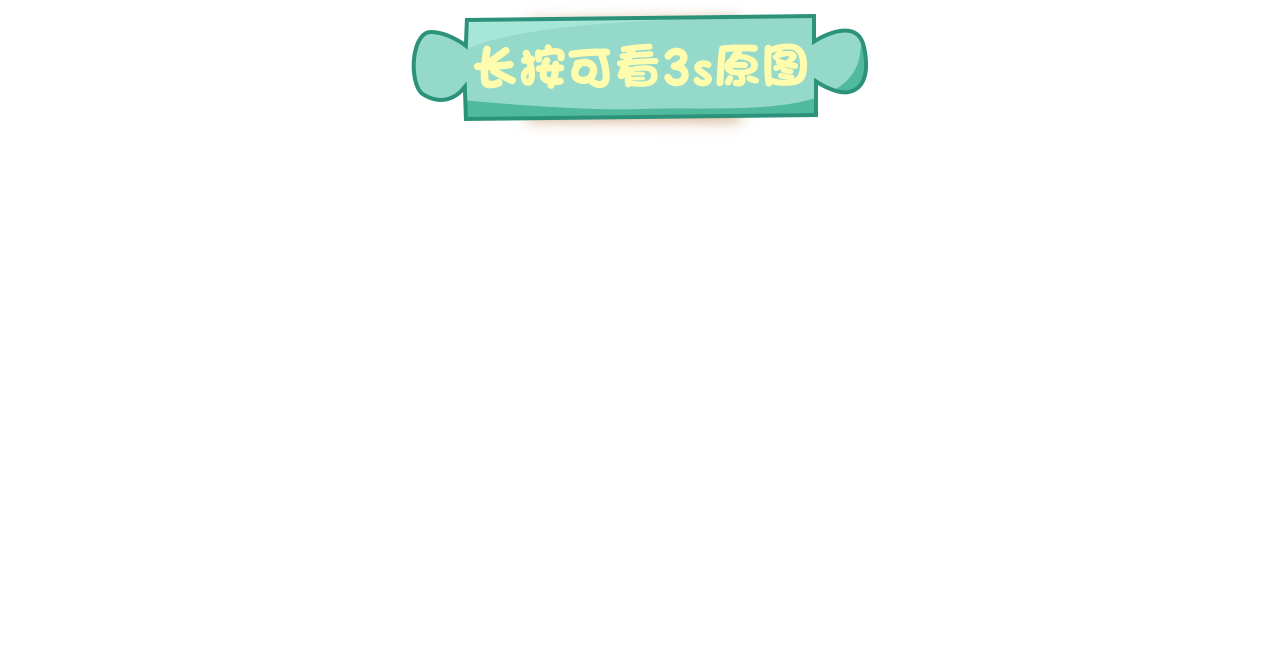
Repository: RedrockTeam/China-map-puzzle
Page: /#/button
An editor plug-in stored every save of this project. The page is shown before and after the next save, followed by the edit.
The browser window is 1280 px wide. The pictures show the whole page.
The project was rebuilt for these pictures with package versions that can differ from the ones it lists, and the page was loaded fresh each time. Also part of the build but not shown: vue.config.js, src/network/request.js, src/views/home.vue, src/views/choose.vue, src/views/pass.vue. Imported but missing from the stored project, and not drawn on this page: src/views/rankList1, src/views/rankList2, src/views/rankList3, src/views/rankList4.

Above is the page before, as saved 2019-09-24 18:11:08.

After the next save:
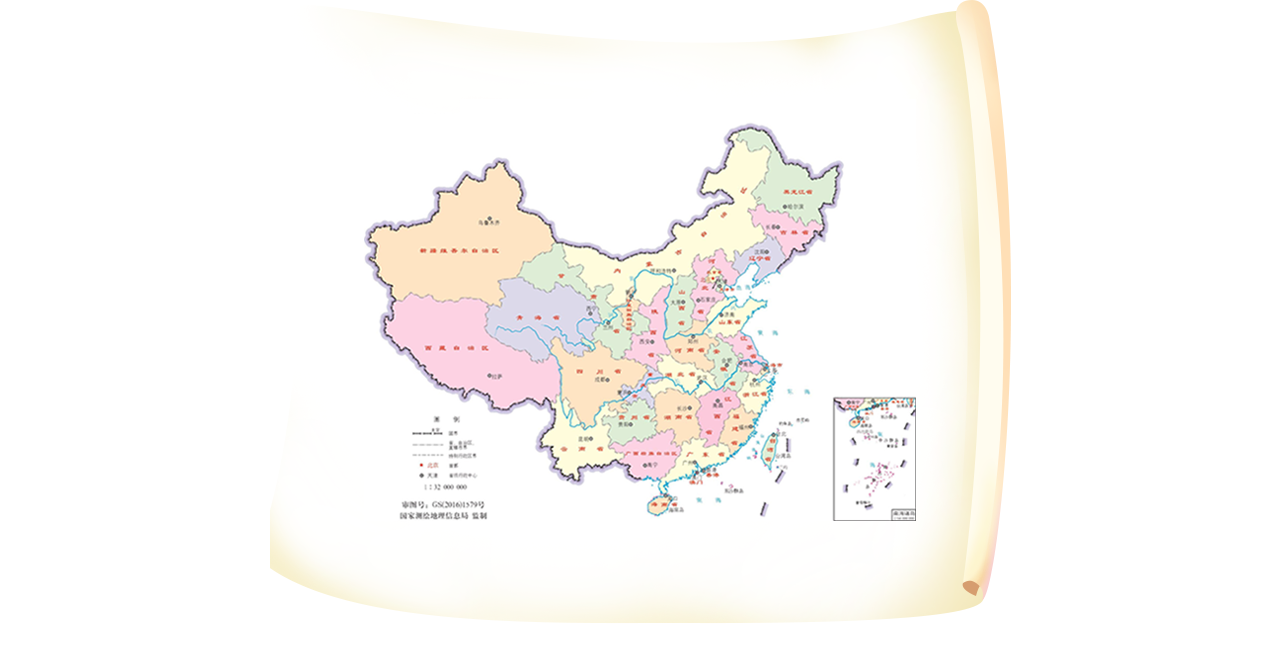
Saved 3 min 50 s later.
--- a/src/router/index.js
+++ b/src/router/index.js
@@ -4,7 +4,7 @@ import Home from '../views/home.vue'
 import Choose from '../views/choose.vue'
 import Result from '../views/result.vue'
 import Pass from '../views/pass.vue'
-import Button from '../components/button.vue'
+import Button from '../components/dialog.vue'
 
 
 Vue.use(Router)
